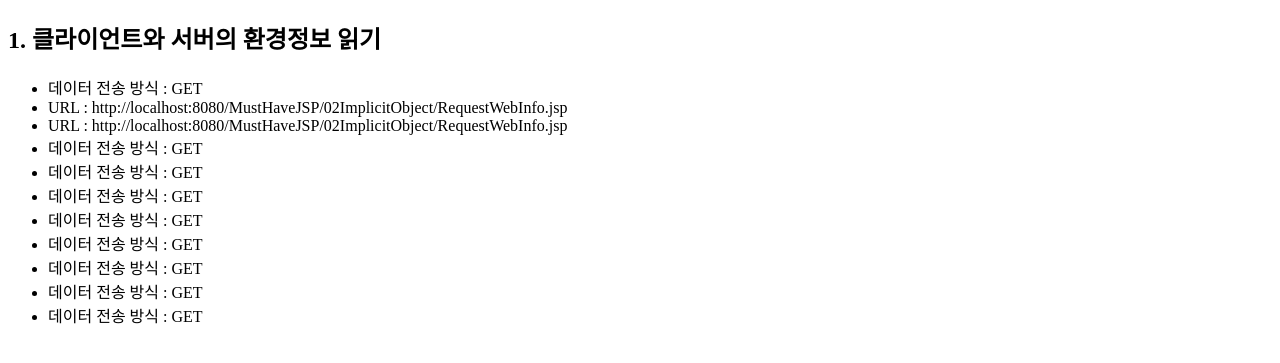
Repository: iamstudybox00/JSP_Servlet
Page: http://localhost/MustHaveJSP/02ImplicitObject/RequestWebInfo.jsp
An editor plug-in stored every save of this project. The page is shown before and after the next save, followed by the edit.
The browser window is 1280 px wide. The pictures show the whole page.
The page is served by Tomcat 10. Other server files are loaded and not shown.

Above is the page before, as saved 2025-05-02 05:59:34.

### MustHaveJSP/src/main/webapp/02ImplicitObject/RequestWebInfo.jsp
<%@ page language="java" contentType="text/html; charset=UTF-8"
    pageEncoding="UTF-8"%>
<!DOCTYPE html>
<html>
	<head>
	<title>내장 객체 - request</title>
	</head>
	<body>
		<h2>1. 클라이언트와 서버의 환경정보 읽기</h2>
		<ul>
			<li>데이터 전송 방식 : <%= request.getMethod() %></li>
			<li>URL : <%= request.getRequestURL() %></li>
			<li>URL : <%= request.getRequestURL() %></li>
			<li>데이터 전송 방식 : <%= request.getMethod() %></li>
			<li>데이터 전송 방식 : <%= request.getMethod() %></li>
			<li>데이터 전송 방식 : <%= request.getMethod() %></li>
			<li>데이터 전송 방식 : <%= request.getMethod() %></li>
			<li>데이터 전송 방식 : <%= request.getMethod() %></li>
			<li>데이터 전송 방식 : <%= request.getMethod() %></li>
			<li>데이터 전송 방식 : <%= request.getMethod() %></li>
			<li>데이터 전송 방식 : <%= request.getMethod() %></li>
		</ul>
	</body>
</html>

After the next save:
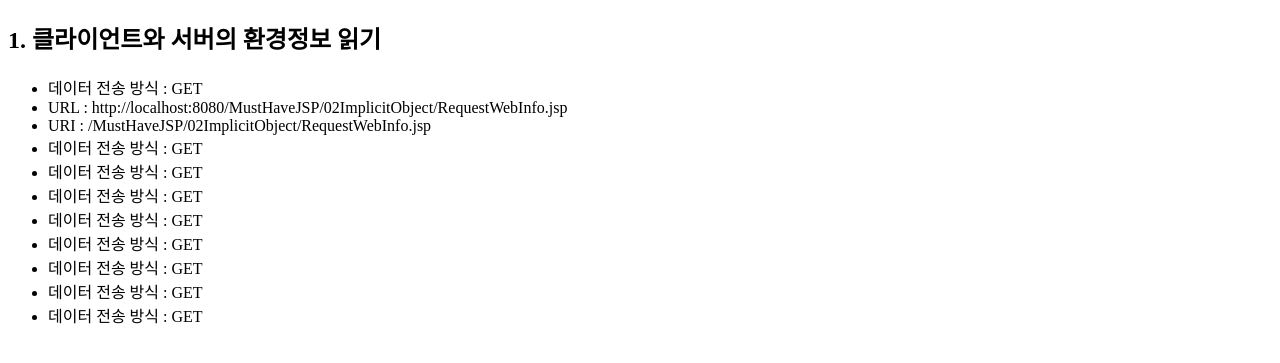
Saved 5 s later.
--- a/MustHaveJSP/src/main/webapp/02ImplicitObject/RequestWebInfo.jsp
+++ b/MustHaveJSP/src/main/webapp/02ImplicitObject/RequestWebInfo.jsp
@@ -10,7 +10,7 @@
 		<ul>
 			<li>데이터 전송 방식 : <%= request.getMethod() %></li>
 			<li>URL : <%= request.getRequestURL() %></li>
-			<li>URL : <%= request.getRequestURL() %></li>
+			<li>URI : <%= request.getRequestURI() %></li>
 			<li>데이터 전송 방식 : <%= request.getMethod() %></li>
 			<li>데이터 전송 방식 : <%= request.getMethod() %></li>
 			<li>데이터 전송 방식 : <%= request.getMethod() %></li>
